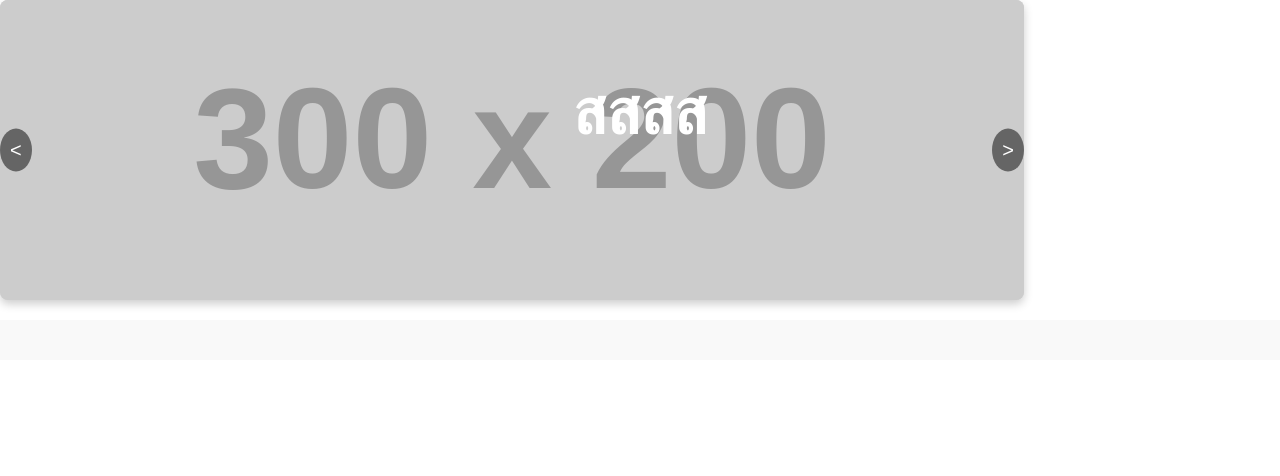
Repository: naps00/BIRTHDAY
Page: /details
These files come from the project's save history. The page is drawn as it stood at one moment and after the next save; the edit follows.
The browser window is 1280 px wide. The pictures show the whole page.
The project was rebuilt for these pictures with package versions that can differ from the ones it lists, and the page was loaded fresh each time.

Above is the page before, as saved 2024-12-09 02:41:19.

### src/App.js
import React, { useState } from 'react';
import { BrowserRouter as Router, Route, Routes, Link } from 'react-router-dom';
import './App.css';
import Details from './details.js'; // นำเข้า Details.js

function Home() {
  const [showModal, setShowModal] = useState(false);

  // เมื่อวีดีโอจบ ให้แสดง modal
  const handleVideoEnd = () => {
    setShowModal(true);
  };

  return (
    <div className="App">
      <div className="container">
        <div className="text-section">
          <h1>Welcome to Our Video</h1>
          <p>Watch the video and see the surprise!</p>
        </div>

        <div className="video-section">
          <video
            className="video-player"
            controls
            onEnded={handleVideoEnd}
          >
            <source src="https://www.w3schools.com/html/movie.mp4" type="video/mp4" />
            Your browser does not support the video tag.
          </video>
        </div>
      </div>

      {/* Modal */}
      {showModal && (
        <div className="modal-backdrop">
          <div className="modal-content">
            <h2>พร้อมหรือยัง?</h2>
            {/* เปลี่ยนปุ่ม "ปิด" ให้เป็นลิงค์ไปยังหน้า /details */}
            <Link to="/details">
              <button className="pulse">ปิด</button>
            </Link>
          </div>
        </div>
      )}

      {/* เพิ่มอิโมจิที่วิ้งๆ */}
      <div className="emoji">✨</div>
    </div>
  );
}

function App() {
  return (
    <Router>
      <Routes>
        <Route path="/" element={<Home />} />
        <Route path="/details" element={<Details />} /> {/* เพิ่มเส้นทางสำหรับหน้า /details */}
      </Routes>
    </Router>
  );
}

export default App;

### src/App.css
/* การจัด layout ของแอปพลิเคชัน */
.App {
  background-color: white;
  min-height: 100vh;
  display: flex;
  justify-content: center;
  align-items: center;
}

/* ส่วนที่ใช้จัด layout */
.container {
  display: flex;
  flex-direction: row; /* แบ่งพื้นที่ออกเป็น 2 ส่วน */
  width: 100%;
  height: 100vh;
}

/* ส่วนข้อความ */
.text-section {
  flex: 1;
  display: flex;
  flex-direction: column;
  justify-content: center;
  align-items: center;
  padding: 20px;
  background-color: #f9f9f9;
}

.text-section h1 {
  margin-bottom: 20px;
}

/* ส่วนวีดีโอ */
.video-section {
  flex: 1;
  display: flex;
  justify-content: center;
  align-items: center;
  background-color: #000;
}

.video-player {
  width: 100%; /* ให้วีดีโอเต็มความกว้าง */
  height: 100%; /* ให้วีดีโอเต็มความสูง */
  object-fit: cover; /* ปรับวีดีโอให้เต็มพื้นที่โดยไม่เสียสัดส่วน */

/* การแสดง modal */
}
.modal-backdrop {
  position: fixed;
  top: 0;
  left: 0;
  width: 100%;
  height: 100%;
  background: rgba(0, 0, 0, 0.7);
  display: flex;
  justify-content: center;
  align-items: center;
  z-index: 100; /* ทำให้ modal อยู่เหนือสิ่งอื่น */
  animation: fadeInPop 0.5s ease-out;
}

/* เพิ่ม z-index ให้ modal-content */
.modal-content {
  background: white;
  padding: 20px;
  border-radius: 10px;
  text-align: center;
  box-shadow: 0 2px 10px rgba(0, 0, 0, 0.3);
  animation: slideUp 0.3s ease-out;
  z-index: 101; /* ทำให้เนื้อหาของ modal อยู่เหนือ backdrop */
}

/* การแอนิเมชัน fade-in และ pop-up สำหรับ modal backdrop */
@keyframes fadeInPop {
  0% {
    opacity: 0;
    transform: scale(0.8);
  }
  100% {
    opacity: 1;
    transform: scale(1);
  }
}


/* การแอนิเมชัน slide-up สำหรับ modal content */
@keyframes slideUp {
  0% {
    transform: translateY(20px);
    opacity: 0;
  }
  100% {
    transform: translateY(0);
    opacity: 1;
  }
}

.modal-content h2 {
  margin-bottom: 20px;
}

.modal-content button {
  padding: 10px 20px;
  background-color: #007bff;
  color: white;
  border: none;
  border-radius: 5px;
  cursor: pointer;
  transition: transform 0.3s ease, background-color 0.3s ease;
}

/* เอฟเฟกต์เมื่อ hover ปุ่ม */
.modal-content button:hover {
  background-color: #0056b3;
  transform: scale(1.1); /* ขยายขนาดปุ่มเมื่อ hover */
}

/* เอฟเฟกต์การเต้นของปุ่ม */
@keyframes pulse {
  0% {
    transform: scale(1);
    opacity: 1;
  }
  50% {
    transform: scale(1.1);
    opacity: 0.8;
  }
  100% {
    transform: scale(1);
    opacity: 1;
  }
}

.pulse {
  animation: pulse 1.5s infinite;
}

/* อิโมจิวิ้งๆ */
.emoji {
  position: fixed;
  top: 10%;
  right: 5%;
  font-size: 50px;
  animation: bounce 2s infinite;
  z-index: 50; /* ทำให้ไอคอนอิโมจิอยู่ใต้ modal */
}

/* การแอนิเมชันวิ้ง */
@keyframes bounce {
  0% {
    transform: translateY(0);
    opacity: 1;
  }
  25% {
    transform: translateY(-10px);
    opacity: 0.8;
  }
  50% {
    transform: translateY(0);
    opacity: 1;
  }
  75% {
    transform: translateY(10px);
    opacity: 0.8;
  }
  100% {
    transform: translateY(0);
    opacity: 1;
  }
}

/* การแอนิเมชัน zoom-in */
@keyframes zoomIn {
  0% {
    transform: scale(0.8);
    opacity: 0;
  }
  100% {
    transform: scale(1);
    opacity: 1;
  }
}

.zoom-in {
  animation: zoomIn 0.4s ease-out;
}

/* เอฟเฟกต์ fade-in สำหรับเนื้อหาที่โหลด */
.fade-in {
  opacity: 0;
  animation: fadeIn 1s forwards;
}

@keyframes fadeIn {
  from {
    opacity: 0;
  }
  to {
    opacity: 1;
  }
}

### src/details.js
// src/pages/details.js
import React, { useState } from 'react';
import './details.css'; // ใช้ไฟล์ CSS สำหรับการสไตล์

function Details() {
  const [currentIndex, setCurrentIndex] = useState(0);

  const images = [
    'https://via.placeholder.com/300x200?text=Image+1',
    'https://via.placeholder.com/300x200?text=Image+2',
    'https://via.placeholder.com/300x200?text=Image+3',
    'https://via.placeholder.com/300x200?text=Image+4'
  ];

  const handleNext = () => {
    setCurrentIndex((currentIndex + 1) % images.length);
  };

  const handlePrev = () => {
    setCurrentIndex((currentIndex - 1 + images.length) % images.length);
  };

  return (
    <div className=".details-page">
      {/* ภาพสไลด์ */}
      <div className="slider-container">
        <div className="image-stack">
          {images.map((src, index) => (
            <img
              key={index}
              src={src}
              alt={`Slide ${index + 1}`}
              className={`image ${index === currentIndex ? 'active' : ''}`}
            />
          ))}
        </div>
        {/* ปุ่มสไลด์ */}
        <div className="controls">
          <button onClick={handlePrev}>&lt;</button>
          <button onClick={handleNext}>&gt;</button>
        </div>
      </div>

      {/* ข้อความที่ด้านบนของหน้า */}
      <div className="text-section">
        <h1>สสสส</h1>
      </div>
    </div>
  );
}

export default Details;

### src/details.css
/* พื้นหลังที่เคลื่อนไหว */
.details-page {
    position: relative;
    min-height: 100vh;
    display: flex;
    flex-direction: column;
    justify-content: center;
    align-items: center;
    background: linear-gradient(45deg, #00c6ff, #0072ff);
    animation: moveBackground 5s linear infinite;
  }

  /* เคลื่อนไหวพื้นหลัง */
  @keyframes moveBackground {
    0% {
      background: linear-gradient(45deg, #00c6ff, #0072ff);
    }
    50% {
      background: linear-gradient(45deg, #0072ff, #00c6ff);
    }
    100% {
      background: linear-gradient(45deg, #00c6ff, #0072ff);
    }
  }

  /* ข้อความที่แสดง "สสสส" */
  .text-section h1 {
    color: white;
    font-size: 4rem;
    text-align: center;
    margin: 0;
    position: absolute;
    top: 10%;
    z-index: 10;
  }



  /* การสไตล์สำหรับส่วนสไลด์ */
  .slider-container {
    position: relative;
    width: 80%;
    height: 300px;
    margin-bottom: 20px;
    background-color: #fff;
    border-radius: 8px;
    overflow: hidden;
    box-shadow: 0 4px 10px rgba(0, 0, 0, 0.2);
  }

  /* กำหนดให้รูปภาพซ้อนกัน */
  .image-stack {
    position: absolute;
    top: 0;
    left: 0;
    width: 100%;
    height: 100%;
    display: flex;
    flex-direction: row;
    transition: transform 0.5s ease-in-out;
  }

  /* รูปภาพที่แสดงอยู่ */
  .image {
    position: absolute;
    top: 0;
    left: 0;
    width: 100%;
    height: 100%;
    object-fit: cover;
    opacity: 0.5;
    transition: opacity 0.5s ease-in-out;
  }

  /* รูปภาพที่แสดงอยู่จะมีความทึบ */
  .image.active {
    opacity: 1;
  }

  /* ปุ่มสไลด์ */
  .controls {
    position: absolute;
    top: 50%;
    width: 100%;
    display: flex;
    justify-content: space-between;
    transform: translateY(-50%);
  }

  .controls button {
    background-color: rgba(0, 0, 0, 0.5);
    color: white;
    border: none;
    padding: 10px;
    cursor: pointer;
    font-size: 20px;
    border-radius: 50%;
  }

  .controls button:hover {
    background-color: rgba(0, 0, 0, 0.8);
  }

Loaded but not shown: public/index.html (common file); src/index.js (common file); src/index.css (common file); src/reportWebVitals.js (common file)

After the next save:
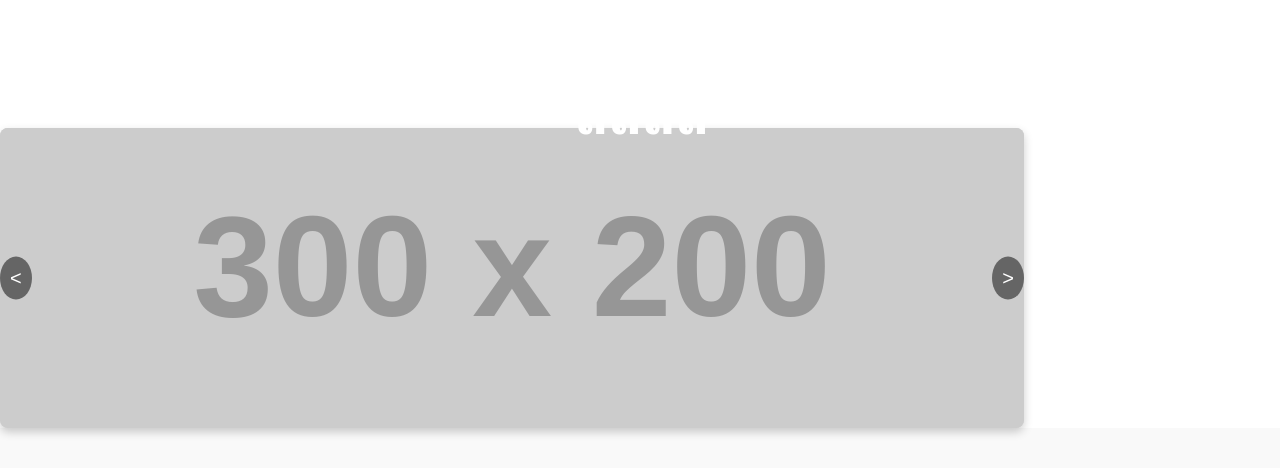
Saved 92 s later.
--- a/src/details.css
+++ b/src/details.css
@@ -34,14 +34,12 @@
     z-index: 10;
   }
 
-
-
   /* การสไตล์สำหรับส่วนสไลด์ */
   .slider-container {
     position: relative;
     width: 80%;
     height: 300px;
-    margin-bottom: 20px;
+    margin-top: 10%; /* เพิ่มระยะห่างจากข้อความ */
     background-color: #fff;
     border-radius: 8px;
     overflow: hidden;
